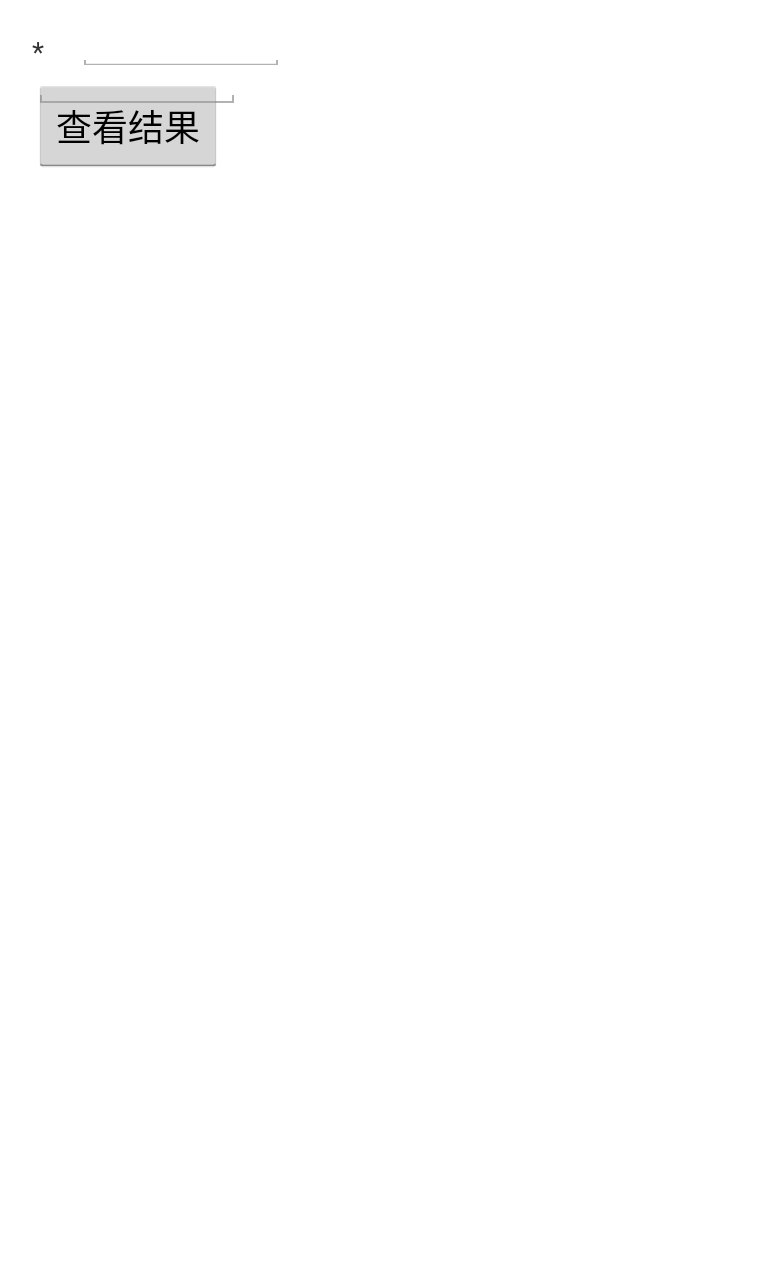
Repository: 729517723/AndroidProject
Layout: Activity_03_contrl/res/layout/activity_main.xml
The author's editor kept a copy of each file at every save. The layout is drawn from the files as they stood at one save, then again after the next save.
It is drawn on a 768 x 1280 px phone screen (xhdpi) without system bars, with theme AppTheme; the app's code is not run.

Above is the layout before, as saved 2016-08-15 16:55:29.

### Activity_03_contrl/res/layout/activity_main.xml
<RelativeLayout xmlns:android="http://schemas.android.com/apk/res/android"
    xmlns:tools="http://schemas.android.com/tools"
    android:layout_width="match_parent"
    android:layout_height="match_parent"
    android:paddingBottom="@dimen/activity_vertical_margin"
    android:paddingLeft="@dimen/activity_horizontal_margin"
    android:paddingRight="@dimen/activity_horizontal_margin"
    android:paddingTop="@dimen/activity_vertical_margin"
    tools:context="com.example.activity_03_contrl.MainActivity" >

    <EditText
        android:id="@+id/first"
        android:layout_width="wrap_content"
        android:layout_height="wrap_content"
        android:ems="5" />

    <TextView
        android:id="@+id/textView1"
        android:layout_width="wrap_content"
        android:layout_height="wrap_content"
        android:layout_alignBottom="@+id/editText1"
        android:layout_toRightOf="@+id/editText1"
        android:text="*" />

    <EditText
        android:id="@+id/second"
        android:layout_width="wrap_content"
        android:layout_height="wrap_content"
        android:layout_alignBottom="@+id/textView1"
        android:layout_marginLeft="16dp"
        android:layout_toRightOf="@+id/textView1"
        android:ems="5" />

    <Button
        android:id="@+id/button1"
        android:layout_width="wrap_content"
        android:layout_height="wrap_content"
        android:layout_alignLeft="@+id/editText1"
        android:layout_below="@+id/editText1"
        android:layout_marginTop="23dp"
        android:onClick="OnClick"
        android:text="查看结果" />

</RelativeLayout>

Loaded but not shown: Activity_03_contrl/res/values/styles.xml (common file); Activity_03_contrl/res/values-v11/styles.xml (common file); Activity_03_contrl/res/values-v14/styles.xml (common file); Activity_03_contrl/res/values/dimens.xml (common file); Activity_03_contrl/res/values-w820dp/dimens.xml (common file)

After the next save:
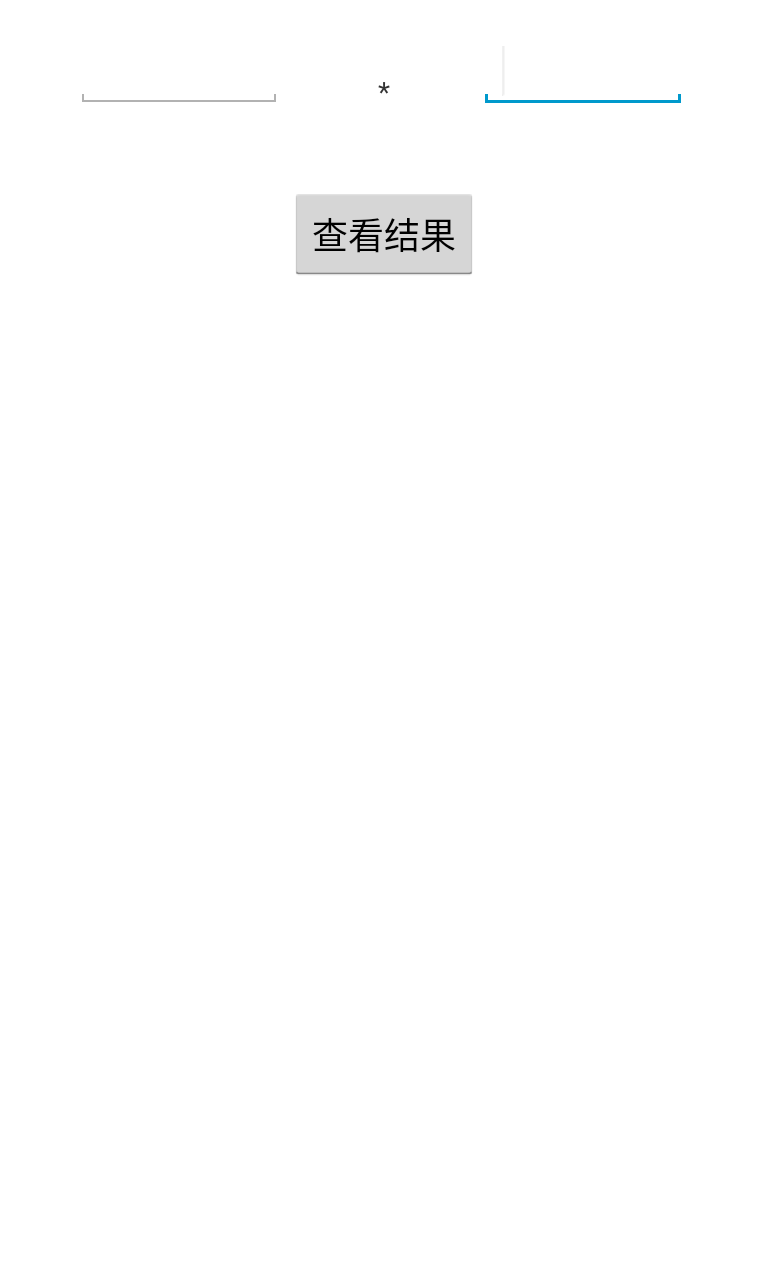
Saved 118 s later.
--- a/Activity_03_contrl/res/layout/activity_main.xml
+++ b/Activity_03_contrl/res/layout/activity_main.xml
@@ -8,18 +8,13 @@
     android:paddingTop="@dimen/activity_vertical_margin"
     tools:context="com.example.activity_03_contrl.MainActivity" >
 
-    <EditText
-        android:id="@+id/first"
-        android:layout_width="wrap_content"
-        android:layout_height="wrap_content"
-        android:ems="5" />
-
     <TextView
         android:id="@+id/textView1"
         android:layout_width="wrap_content"
         android:layout_height="wrap_content"
-        android:layout_alignBottom="@+id/editText1"
-        android:layout_toRightOf="@+id/editText1"
+        android:layout_alignParentTop="true"
+        android:layout_centerHorizontal="true"
+        android:layout_marginTop="20dp"
         android:text="*" />
 
     <EditText
@@ -27,17 +22,29 @@
         android:layout_width="wrap_content"
         android:layout_height="wrap_content"
         android:layout_alignBottom="@+id/textView1"
-        android:layout_marginLeft="16dp"
-        android:layout_toRightOf="@+id/textView1"
+        android:layout_alignParentRight="true"
+        android:layout_marginRight="24dp"
+        android:ems="5" >
+
+        <requestFocus />
+    </EditText>
+
+    <EditText
+        android:id="@+id/first"
+        android:layout_width="wrap_content"
+        android:layout_height="wrap_content"
+        android:layout_above="@+id/button1"
+        android:layout_alignParentLeft="true"
+        android:layout_marginLeft="21dp"
         android:ems="5" />
 
     <Button
         android:id="@+id/button1"
         android:layout_width="wrap_content"
         android:layout_height="wrap_content"
-        android:layout_alignLeft="@+id/editText1"
-        android:layout_below="@+id/editText1"
-        android:layout_marginTop="23dp"
+        android:layout_below="@+id/textView1"
+        android:layout_centerHorizontal="true"
+        android:layout_marginTop="38dp"
         android:onClick="OnClick"
         android:text="查看结果" />
 
